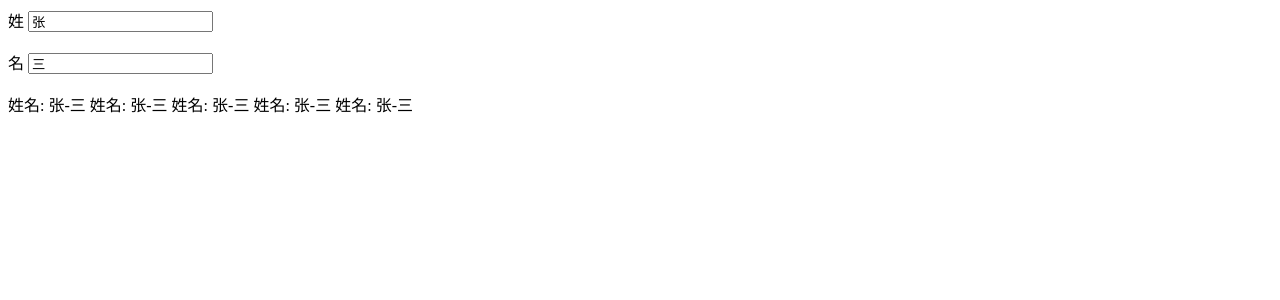
Repository: reggiepy/vueLeaning
Page: 08 计算属性/03 姓名案例-计算属性实现 copy 2.html
An editor plug-in stored every save of this project. The page is shown before and after the next save, followed by the edit.
The browser window is 1280 px wide. The pictures show the whole page.

Above is the page before, as saved 2021-12-19 15:09:59.

### 08 计算属性/03 姓名案例-计算属性实现 copy 2.html
<!DOCTYPE html>
<html lang="en">
  <head>
    <meta charset="UTF-8" />
    <meta http-equiv="X-UA-Compatible" content="IE=edge" />
    <meta name="viewport" content="width=device-width, initial-scale=1.0" />
    <script src="../js/vue.js"></script>
    <title>姓名案例-插值语法实现</title>
  </head>
  <body>
    <div id="root">
      姓 <input type="text" v-model="fastName" /><br /><br />
      名 <input type="text" v-model="lastName" /><br /><br />
      姓名: <span>{{fullName}}</span>
      姓名: <span>{{fullName}}</span>
      姓名: <span>{{fullName}}</span>
      姓名: <span>{{fullName}}</span>
      姓名: <span>{{fullName}}</span>
    </div>
    <script>
      Vue.config.productionTip = false;
      const vm = new Vue({
        el: "#root",
        data: {
          fastName: "张",
          lastName: "三",
        },
        computed: {
          fullName: {
            // get 有什么作用？只要有人读取fallName 就会调用 get 方法，返回值就作为fallName的值
            // get 什么时候调用？1. 初次调用 fallName时， 2. 所依赖的数据发生变化时
            get() {
              return this.fastName.slice(0, 4) + "-" + this.lastName;
            },
          },
        },
      });
      console.log(vm);
    </script>
  </body>
</html>

Loaded but not shown: js/vue.js (library)

After the next save:
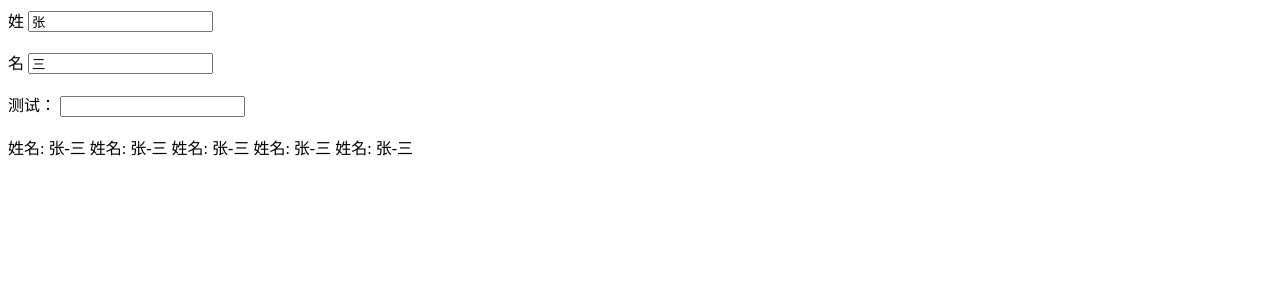
Saved 78 s later.
--- a/08 计算属性/03 姓名案例-计算属性实现 copy 2.html
+++ b/08 计算属性/03 姓名案例-计算属性实现 copy 2.html
@@ -11,6 +11,7 @@
     <div id="root">
       姓 <input type="text" v-model="fastName" /><br /><br />
       名 <input type="text" v-model="lastName" /><br /><br />
+      测试： <input type="text" v-model="x"><br><br>
       姓名: <span>{{fullName}}</span>
       姓名: <span>{{fullName}}</span>
       姓名: <span>{{fullName}}</span>
